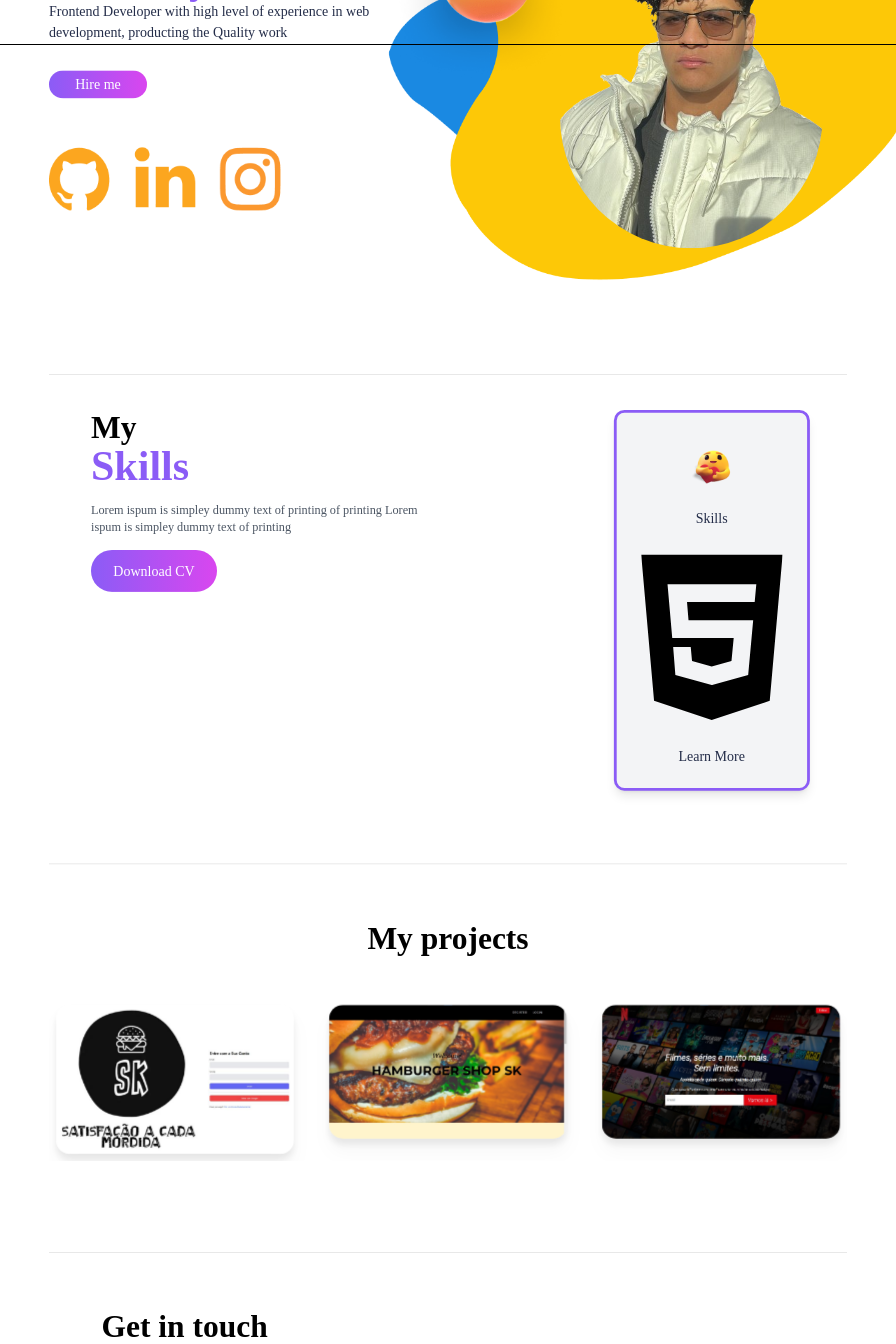
Repository: KennedyWanderson/portfolio
Page: /
The author's editor kept a copy of each file at every save. The page is drawn from the files as they stood at one save, then again after the next save.
The browser window is 1280 px wide. The pictures show the part of the page from y = 301 to 2221 px (the page is 3240 px tall), at 70% of full size.
Some web fonts or font styles are not loaded; a fallback is used. The project was rebuilt for these pictures with package versions that can differ from the ones it lists, and the page was loaded fresh each time. Imported but missing from the stored project, and not drawn on this page: src/Components/Services/Kennedy_CV.pdf.

Above is the page before, as saved 2024-01-26 12:15:04.

After the next save:
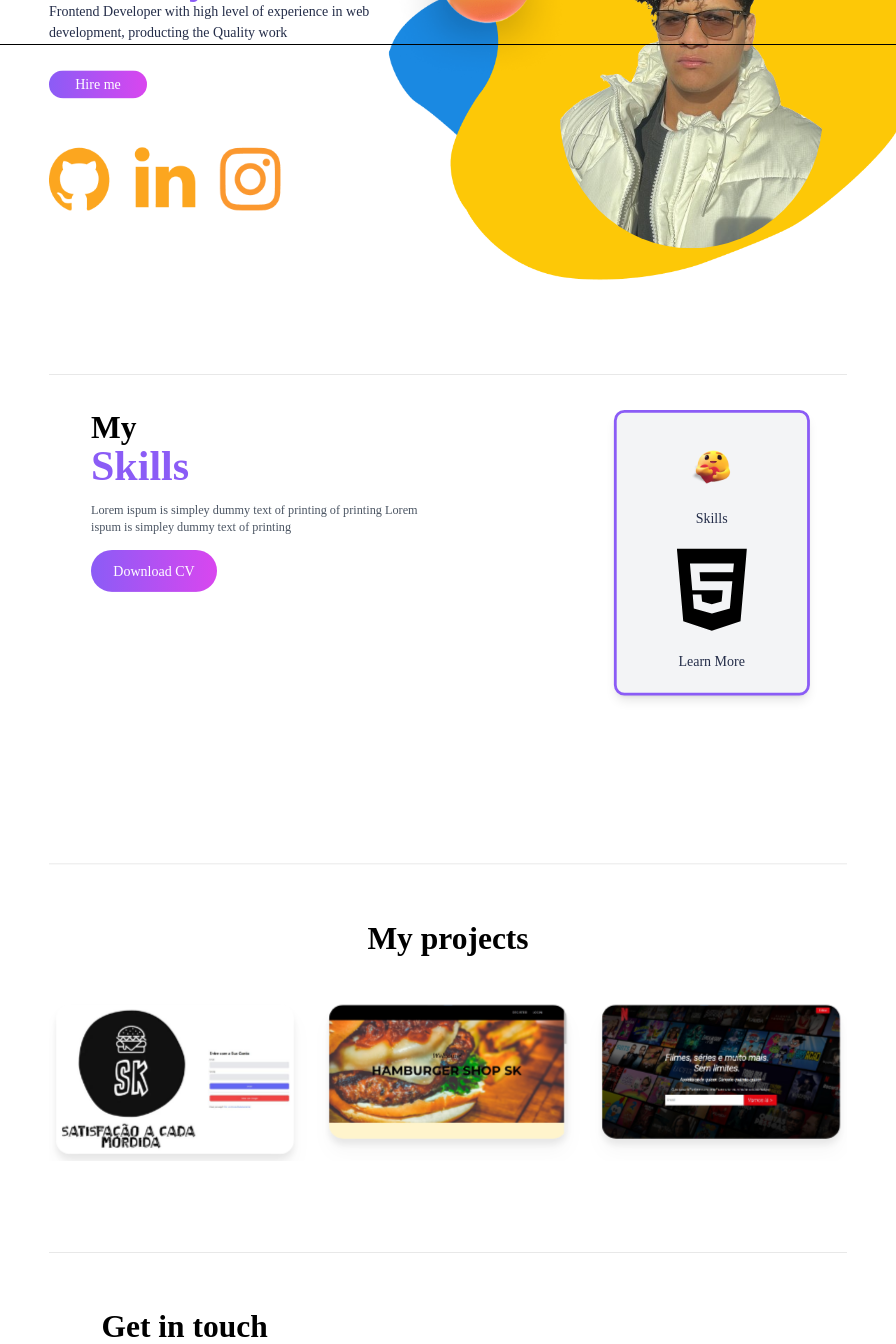
Saved 17 s later.
--- a/src/Components/Card/Card.jsx
+++ b/src/Components/Card/Card.jsx
@@ -7,7 +7,7 @@ const Card = ({emoji, heading, detail}) =>{
         rounded-xl border-4 border-violet-500 shadow-lg pt-0 pr-7 pb-6 pl-7">
             <img className="scale-50 mb-[-2rem]" src={emoji} alt="" />
             <span>{heading}</span>
-            <img className="flex text-gray-500 text-base" src={detail} alt='' />
+            <img className="flex text-gray-500 text-base w-20" src={detail} alt='' />
             <button>Learn More</button>
         </div>
     )
